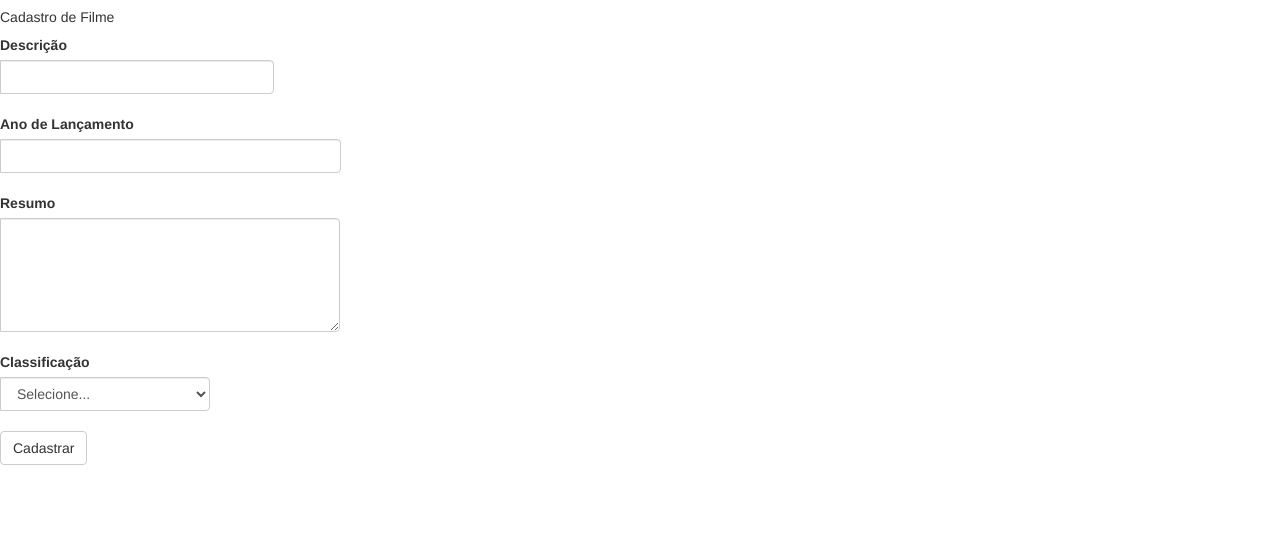
Repository: cadupedrassani/CursoDeJava
Page: Avaliação/BaseAPI/WebApp/src/main/webapp/filme/cadastro.html
The author's editor kept a copy of each file at every save. The page is drawn from the files as they stood at one save, then again after the next save.
The browser window is 1280 px wide. The pictures show the whole page.

Above is the page before, as saved 2016-12-06 16:15:29.

### Avaliação/BaseAPI/WebApp/src/main/webapp/filme/cadastro.html
<!DOCTYPE html>
<html>
<head>
<meta charset="ISO-8859-1">
<title>Insert title here</title>
<link rel="stylesheet" href="/WebApp/resources/css/bootstrap.min.css">
</head>
<body>
<div>
	<h5>Cadastro de Filme</h5>
</div>
<div class="input-group">
	<label>Descrição</label>
	<input id="descricao-filme"
	       type="text"
	       class="form-control"></input>
</div>
</br>

<div class="input-group">
	<label>Ano de Lançamento</label>
	<input id="ano-filme"
	       type="text"
	       class="form-control"></input>
</div>
</br>

<div class="input-group">
	<label>Resumo</label>
	<textarea rows="5"
			  cols="30"
			  id="resumo-filme"
	       	  class="form-control"></textarea>
</div>
</br>

<div class="input-group">
	<label>Classificação</label>
		<select id="classificacao-filme" class="form-control">
    		<option value="" disabled="disabled" selected="selected">Selecione...</option>
    		<option value="1">1</option>
    		<option value="2">2</option>
    		<option value="3">3</option>
    		<option value="4">4</option>
    		<option value="5">5</option>
		</select>
</div>
</br>

<div class="input-group">
	<button id="cadastrar"
	        type="button"
	        class="btn btn-default gold"
	        onclick="cadastrarEndereco();">Cadastrar</button>
</div>

<div id="modal-mensagens" class="modal fade" tabindex="-1" role="dialog">
	<div class="modal-dialog" role="document">
		<div class="modal-content">
			<div class="modal-header">
				<h5 id="modal-title" class="modal-title"></h5>
			</div>
			<div class="modal-body">
				<label id="modal-mensagem"></label>
			</div>
			<div class="modal-footer">
				<button type="button"
						class="btn btn-default gold"
						data-dismiss="modal">OK</button>
			</div>
		</div>
	</div>
</div>

<script src="/WebApp/resources/js/jquery.min.js"></script>
<script src="/WebApp/resources/js/bootstrap.min.js"></script>
<script src="/WebApp/resources/js/default.js"></script>
<script src="/WebApp/resources/js/filme.js"></script>

</body>
</html>

### Avaliação/BaseAPI/WebApp/src/main/webapp/resources/js/default.js

function abrirTelaCadastroCategoria(){
	var url = "/WebApp/categoria/cadastro.html";
	$.get(url, '', function(data){
		$('#conteudo-principal').html(data);
	})
}

function abrirTelaPesquisaCategoria(){
	var url = "/WebApp/categoria/pesquisa.html";
	$.get(url, '', function(data){
		$('#conteudo-principal').html(data)
	})
}


function abrirTelaCadastroEndereco(){
	var url = "/WebApp/endereco/cadastro.html";
	$.get(url, '', function(data){
		$('#conteudo-principal').html(data);
	})
}

function abrirTelaCadastroFilme(){
	var url = "/WebApp/filme/cadastro.html";
	$.get(url, '', function(data){
		$('#conteudo-principal').html(data);
	})
}

### Avaliação/BaseAPI/WebApp/src/main/webapp/resources/js/filme.js
function cadastrarFilme(){

	var ano = $("#ano-filme").val();
	var classificacao = $("#classificacao-filme").val();
	var descricao = $("#descricao-filme").val();
	var duracao = $("#duracao-filme").val;
	var resumo = $("#resumo-filme").val();

	var filmeDTO = new Object();
	var operacao = "/ControleAPI/endereco/cadastrarFilme"

	filmeDTO.ano = ano;
	filmeDTO.classificacao = classificacao;
	filmeDTO.descricao = descricao;
	filmeDTO.duracao = duracao;
	filmeDTO.resumo = resumo;

	$.ajax({
		method: "POST",
		url: operacao,
		data: JSON.stringify(filmeDTO),
		contentType: "application/json"
	}).done(function (data){
		var mensagem = "";
		var titulo = "";
		if(data.mensagem != undefined && data.mensagem != null && data.mensagem != ''){
			titulo = "Atenção";
			mensagem = data.mensagem;
		}else{
			titulo = 'Sucesso';
			mensagem = "Filme cadastrado com sucesso.";
		}
		mostrarModal(titulo, mensagem)
	});
}

Loaded but not shown: Avaliação/BaseAPI/WebApp/src/main/webapp/resources/css/bootstrap.min.css (library); Avaliação/BaseAPI/WebApp/src/main/webapp/resources/js/jquery.min.js (library); Avaliação/BaseAPI/WebApp/src/main/webapp/resources/js/bootstrap.min.js (library)

After the next save:
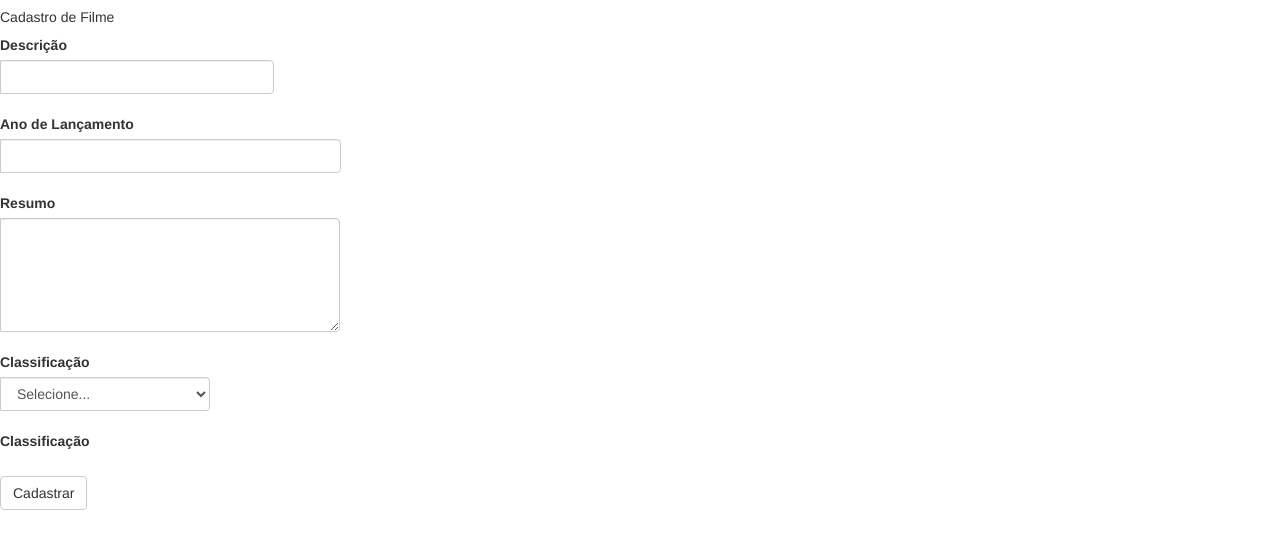
Saved 5 min 27 s later.
--- a/Avaliação/BaseAPI/WebApp/src/main/webapp/filme/cadastro.html
+++ b/Avaliação/BaseAPI/WebApp/src/main/webapp/filme/cadastro.html
@@ -48,6 +48,13 @@
 </br>
 
 <div class="input-group">
+	<label>Classificação</label>
+	<time>
+
+	</time>
+</div>
+</br>
+<div class="input-group">
 	<button id="cadastrar"
 	        type="button"
 	        class="btn btn-default gold"
